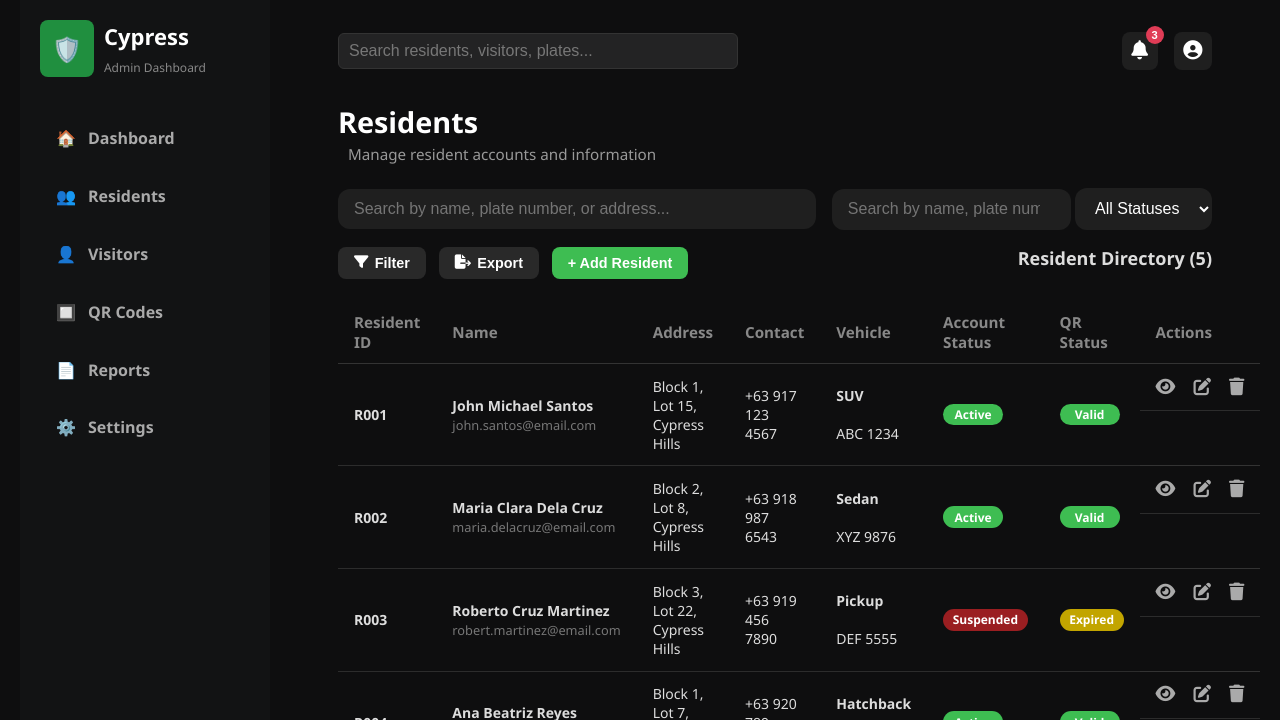
Repository: camuramon/my-project
Page: templates/admin/residents.html
The author's editor kept a copy of each file at every save. The page is drawn from the files as they stood at one save, then again after the next save.
The browser window is 1280 px wide. The pictures show the whole page.
An inner scrolling area shows only its first screen. The template is drawn by Flask 3. The application's start-up code is not run. The template is opened directly, without the code that normally fills it, so the values that code supplies are empty.

Above is the page before, as saved 2025-09-08 23:48:12.
Console error: TypeError: Cannot set properties of null (setting 'innerHTML')

After the next save:
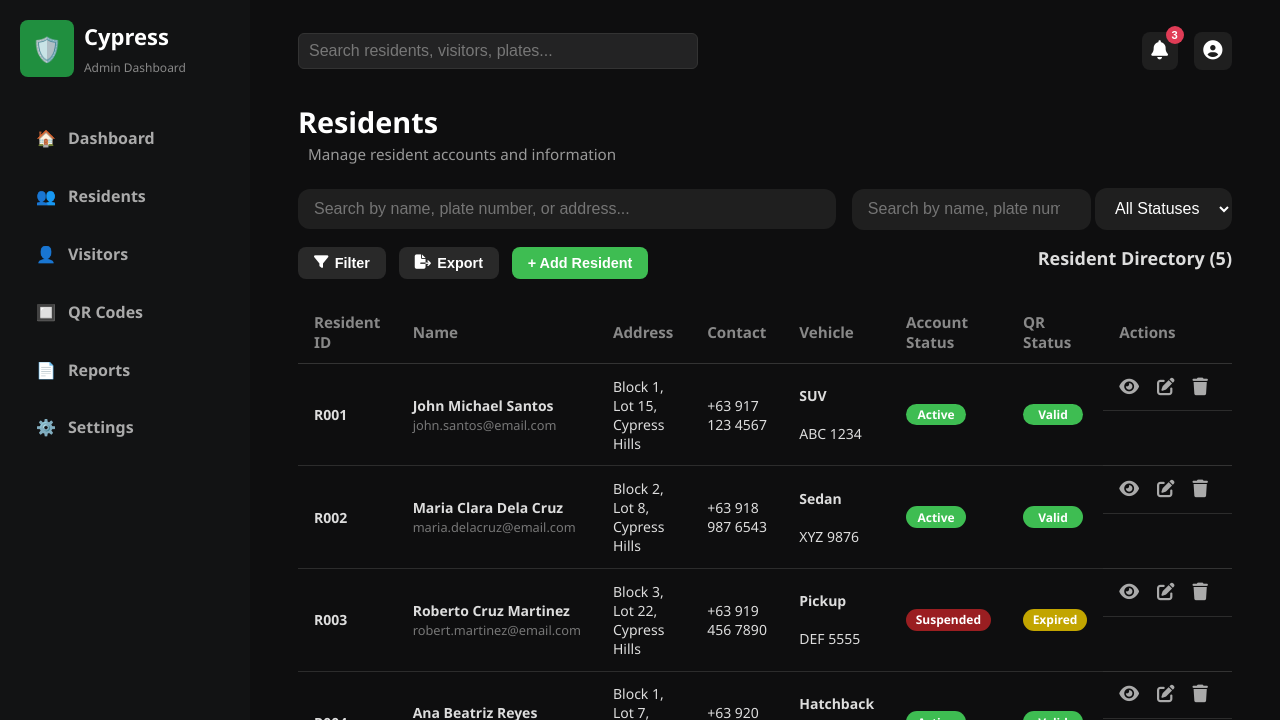
Saved 7 s later.
--- a/static/css/resident.css
+++ b/static/css/resident.css
@@ -6,14 +6,7 @@
 }
 
 
-.container {
-    display: flex;
-    width: 100%;
-    height: 100vh;
-    padding: 0 20px; /* gap on both sides */
-    box-sizing: border-box;
-    gap: 20px; /* spacing between sidebar and main content */
-}
+
 
 .sidebar-menu {
     list-style: none;

After the save that followed:
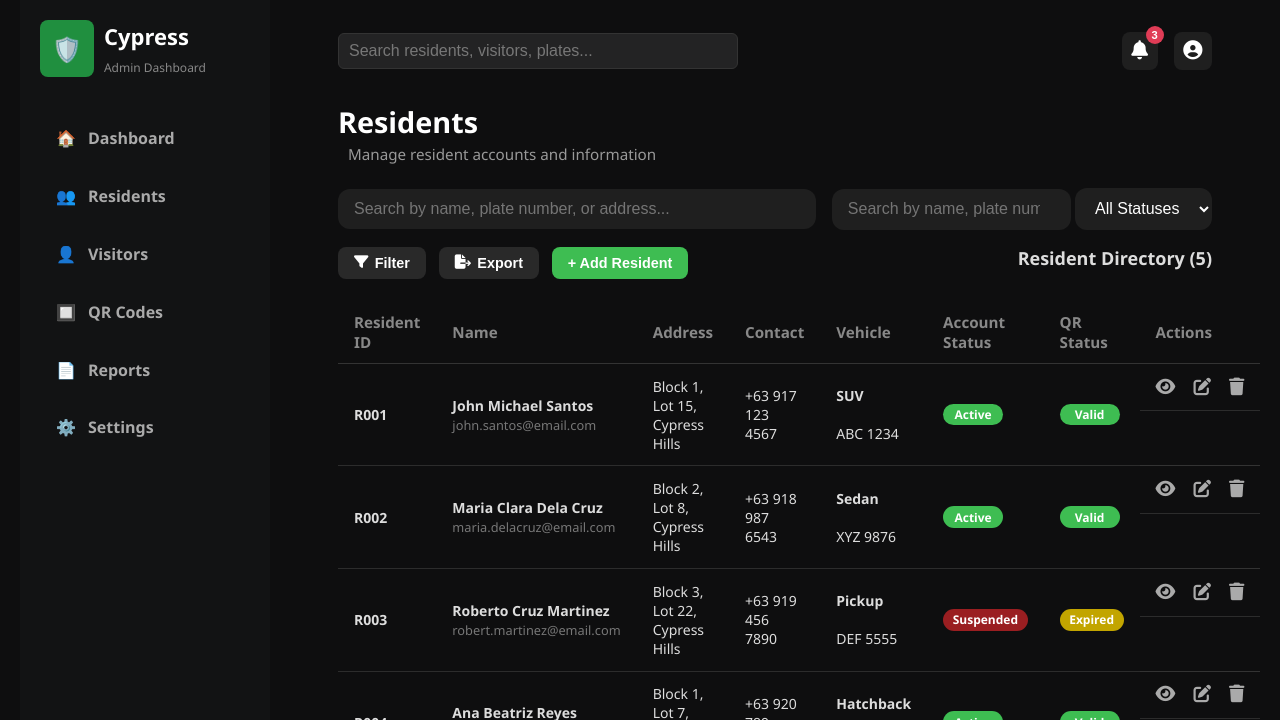
Saved 37 s later.
--- a/static/css/resident.css
+++ b/static/css/resident.css
@@ -5,8 +5,22 @@
     padding: 0;
 }
 
-
-
+body {
+    font-family: 'Segoe UI', Tahoma, Geneva, Verdana, sans-serif;
+    background-color: #0e0e0f;
+    color: #ddd;
+    display: flex;
+    min-height: 100vh;
+}
+
+.container {
+    display: flex;
+    width: 100%;
+    height: 100vh;
+    padding: 0 20px; /* gap on both sides */
+    box-sizing: border-box;
+    gap: 20px; /* spacing between sidebar and main content */
+}
 
 .sidebar-menu {
     list-style: none;
